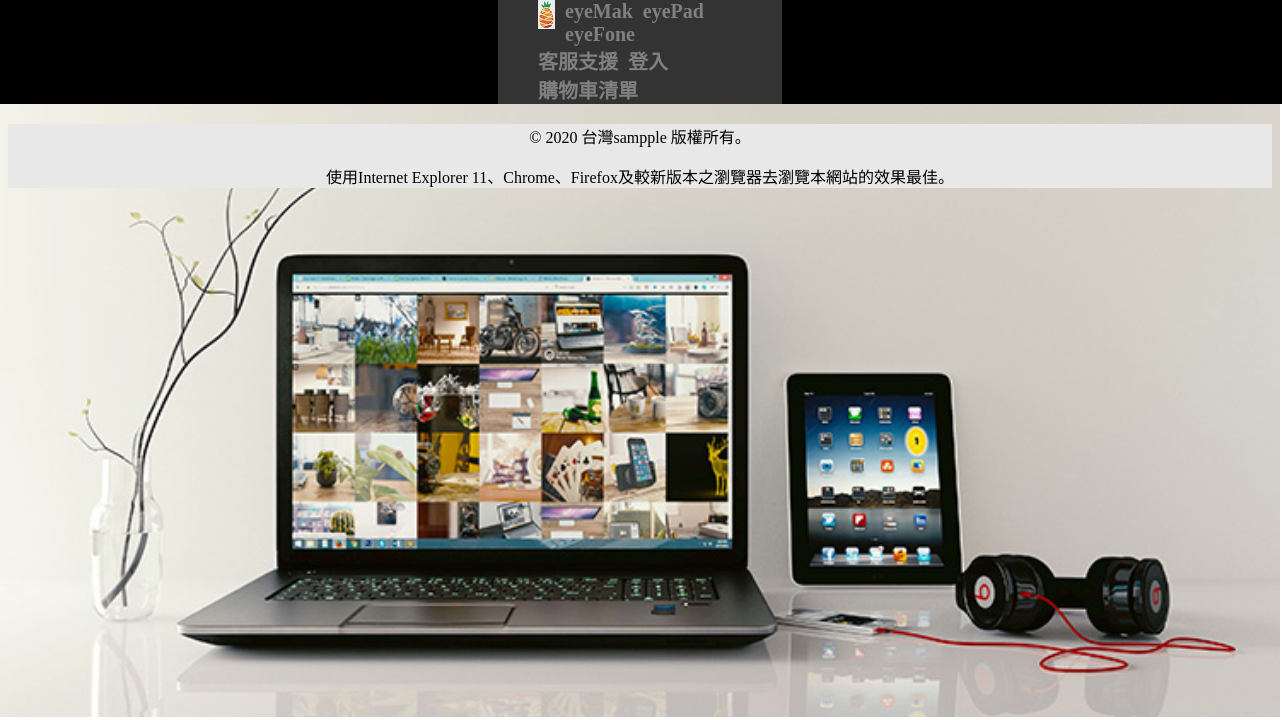
Repository: Vincent4142/NewFinalProject
Page: http://localhost/FinalProject/
These files come from the project's save history. The page is drawn as it stood at one moment and after the next save; the edit follows.
The browser window is 1280 px wide. The page is 1282 px wide, so the pictures cover 1282 px, including what lies to the right of the window. The pictures show the whole page.
The page is served by Tomcat 9. Other server files are loaded and not shown.

Above is the page before, as saved 2020-04-09 06:12:09.

### FinalProject/WebContent/index.jsp
<%@ page language="java" contentType="text/html; charset=UTF-8"
	pageEncoding="UTF-8"%>

<!DOCTYPE html>
<html>
<head>
<meta charset="UTF-8">
<title>index</title>
<style type="text/css">
body {
	background-image: url(img/indexbackground.jpg);
	background-repeat: no-repeat;
	background-size: cover;
}


</style>
</head>
<body>

	<%@ include file="fragment/indexTOP.jsp"%>







	<%@ include file="fragment/indexBOTTOM.jsp"%>
</body>
</html>

### FinalProject/WebContent/fragment/indexTOP.jsp
<%@ page language="java" contentType="text/html; charset=UTF-8"
	pageEncoding="UTF-8"%>
<!DOCTYPE html>
<html>
<head>
<meta charset="UTF-8">
<title>indexTOP</title>

<style type="text/css">
.nav {
	padding-left:500px;
	padding-right:500px;
	margin-top: -20px;
	margin-left: -10px;
	margin-right: -10px;
	background-color: black;
}
/* 主UL */
.navul {
	background: rgba(255, 255, 255, 0.2);
	list-style-type: none;
	font-weight: bolder;
	font-size: 20px;
	overflow: auto;
}

.navul li {
	border-radius: 5px;
	margin-left: 0px;
	margin-right: 10px;
	float: left;
	display: block;
	position: static;
}

.navul li a {
	text-decoration: none;
	color: gray;
}

.navul li a:hover {
	color: white;
}

#navright {
	float: right;
}
</style>

</head>
<body>

	<nav class="nav" style="text-align: center;">

		<ul class="navul">
			<li><a href="index.jsp"><img alt="logo" src="img/pineapple.jpg"></a></li>
			<li><a href="eyeMakPage.jsp">eyeMak</a></li>
			<li><a href="eyePadPage.jsp">eyePad</a></li>
			<li><a href="eyeFonePage.jsp">eyeFone</a></li>

			<div id="navright">
				<li><a href="customerServicePage.jsp">客服支援</a></li>
				<li><a href="LoginPage.jsp">登入</a></li>
				<li><a href="shoppingcartPage.jsp">購物車清單</a></li>
			</div>
		</ul>

	</nav>

</body>
</html>

### FinalProject/WebContent/fragment/indexBOTTOM.jsp
<%@ page language="java" contentType="text/html; charset=UTF-8"
    pageEncoding="UTF-8"%>
<!DOCTYPE html>
<html>
<head>
<meta charset="UTF-8">
<title>indexBOTTOM</title>

<style type="text/css">

	#bottom{
		background-color:#E8E8E8;
		text-align: center;

	}

</style>

</head>
<body>
	<div id="bottom">
		<p>© 2020 台灣sampple 版權所有。</p>

		<p>使用Internet Explorer 11、Chrome、Firefox及較新版本之瀏覽器去瀏覽本網站的效果最佳。</p>
	</div>
</body>
</html>

After the next save:
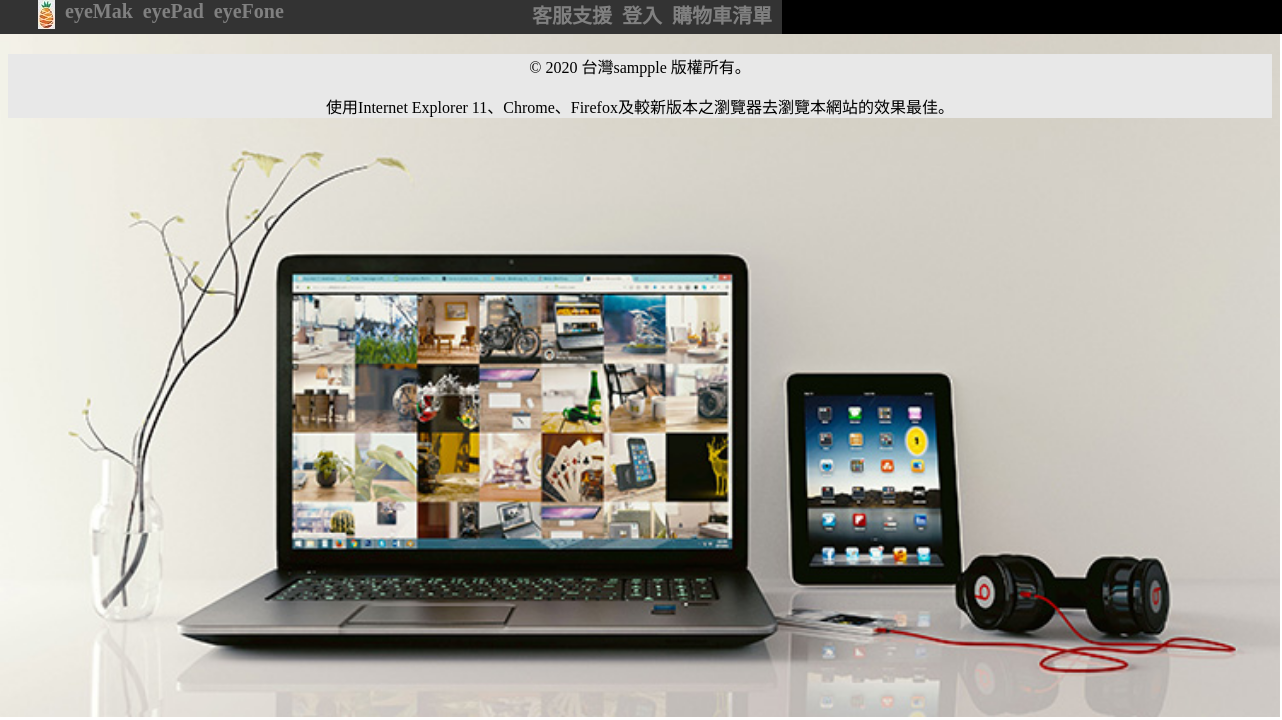
Saved 34 s later.
--- a/FinalProject/WebContent/fragment/indexTOP.jsp
+++ b/FinalProject/WebContent/fragment/indexTOP.jsp
@@ -8,7 +8,7 @@
 
 <style type="text/css">
 .nav {
-	padding-left:500px;
+
 	padding-right:500px;
 	margin-top: -20px;
 	margin-left: -10px;

After the save that followed:
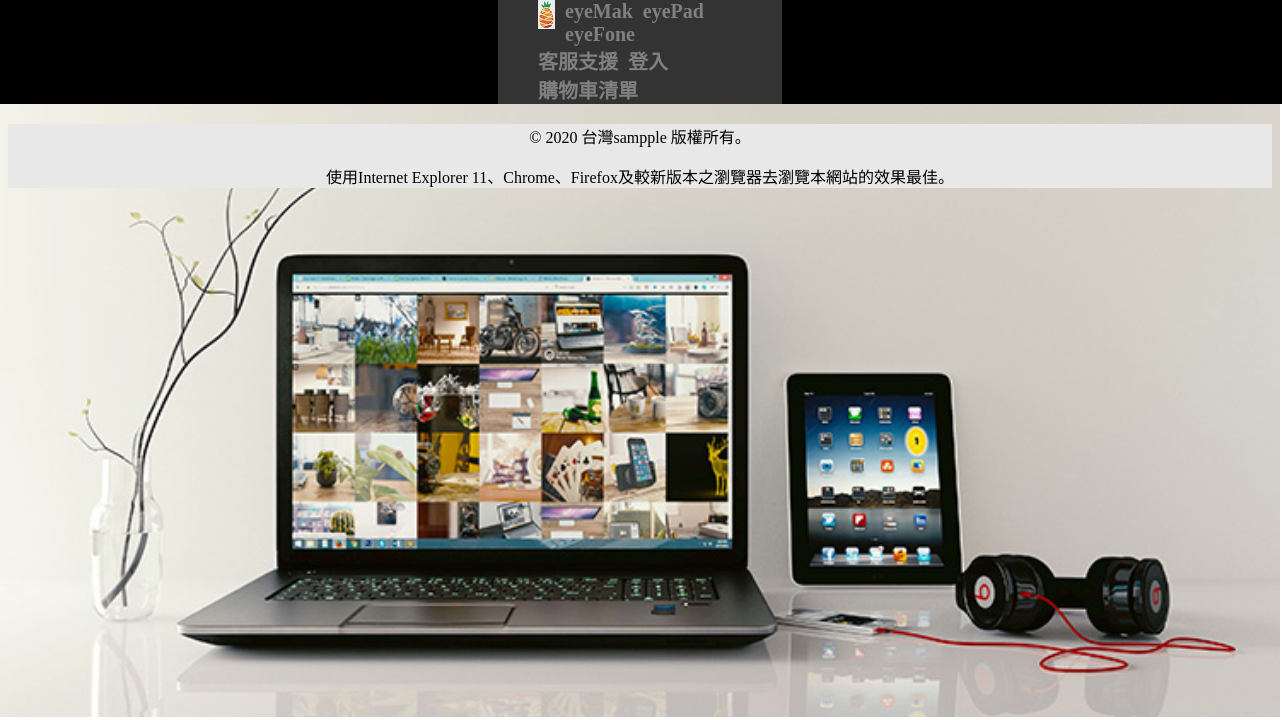
Saved 7 s later.
--- a/FinalProject/WebContent/fragment/indexTOP.jsp
+++ b/FinalProject/WebContent/fragment/indexTOP.jsp
@@ -8,7 +8,7 @@
 
 <style type="text/css">
 .nav {
-
+	padding-left:500px;
 	padding-right:500px;
 	margin-top: -20px;
 	margin-left: -10px;
